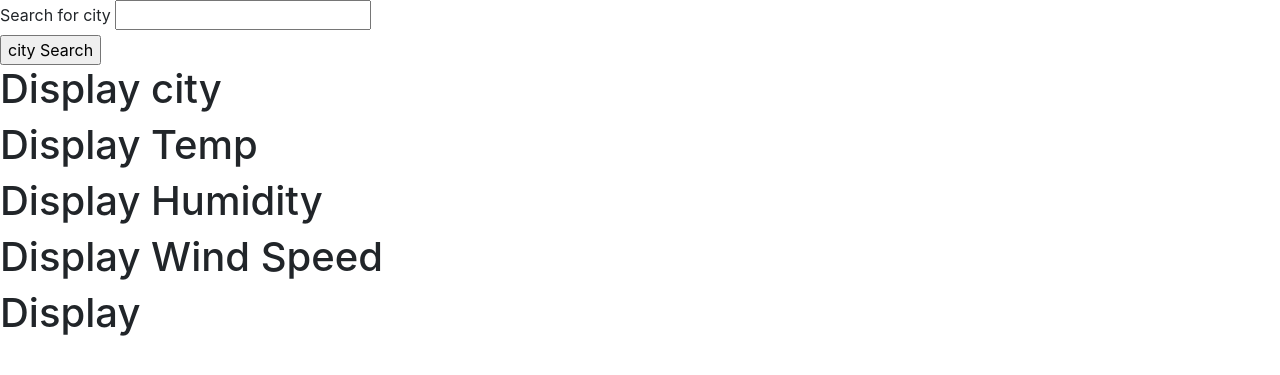
Repository: Mf948/YourWeather
Page: index.html
An editor plug-in stored every save of this project. The page is shown before and after a run of saves, followed by the edit.
The browser window is 1280 px wide. The pictures show the whole page.
Some web libraries are served in a nearby version.

Above is the page before, as saved 2020-12-14 20:09:41.

After the next 3 saves:
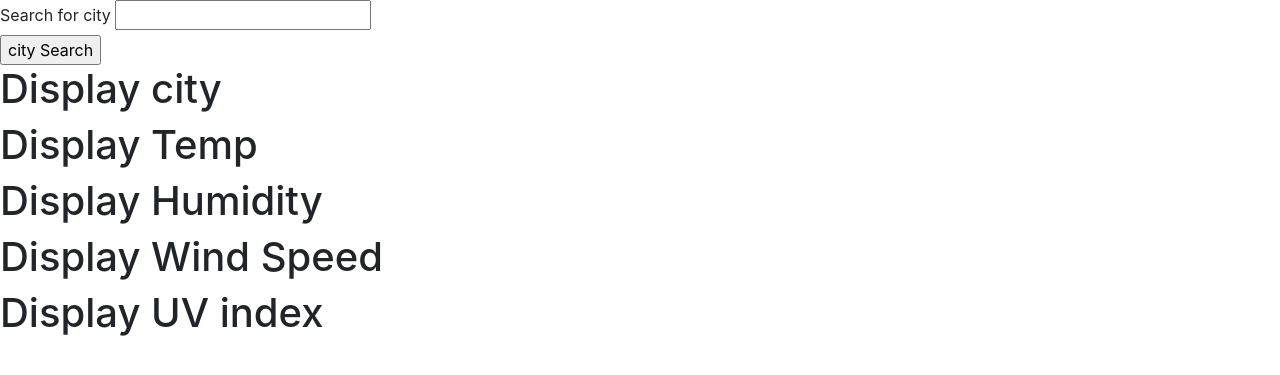
The 3 saves are shown as one change because they came seconds apart.
The last was saved 10 s later.
--- a/index.html
+++ b/index.html
@@ -19,7 +19,7 @@
     <h1 id ="displayTemperature">Display Temp</h1>
     <h1 id ="displayHumidity">Display Humidity</h1>
     <h1 id ="displayWind">Display Wind Speed</h1>
-    <h1 id ="displayUV">Display </h1>
+    <h1 id ="displayUV">Display UV index </h1>
 
 
 </div>
